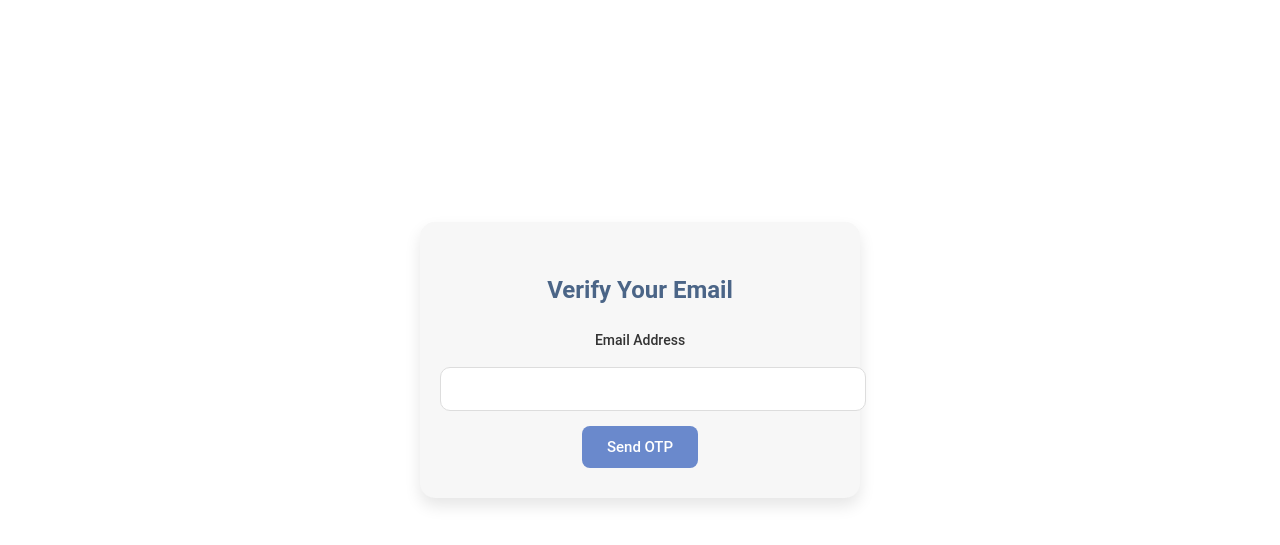
Repository: sarathraj2002/MockTest
Page: / (app in Frontend/)
An editor plug-in stored every save of this project. The page is shown before and after the next save, followed by the edit.
The browser window is 1280 px wide. The pictures show the whole page.
The project was rebuilt for these pictures with package versions that can differ from the ones it lists, and the page was loaded fresh each time. Also part of the build but not shown: Frontend/vite.config.js.

Above is the page before, as saved 2024-11-13 12:31:00.

### Frontend/index.html
<!doctype html>
<html lang="en">
  <head>
    <meta charset="UTF-8" />
    <link rel="icon" type="image/svg+xml" href="/vite.svg" />
    <meta name="viewport" content="width=device-width, initial-scale=1.0" />
    <title>MockTest</title>
  </head>
  <body>
    <div id="root"></div>
    <script type="module" src="/src/main.jsx"></script>
  </body>
</html>

### Frontend/src/App.jsx
import { useState } from 'react'
import './App.css'
import Otp from './components/Otp'

function App() {
  const [count, setCount] = useState(0)

  return (
    <>
      <Otp/>
    </>
  )
}

export default App

### Frontend/src/components/Otp.jsx
import React, { useState } from "react";
import axios from "axios";

const Otp = () => {
  const [step, setStep] = useState(1);
  const [email, setEmail] = useState("");
  const [otp, setOtp] = useState("");

  const handleEmailSubmit = async (e) => {
    e.preventDefault();
    try {
      const response = await axios.post("http://localhost:5000/api/send-otp", { email });
      if (response.status === 200) {
        alert("OTP sent to your email!");
        setStep(2);
      }
    } catch (error) {
      alert("Error sending OTP. Please try again.");
    }
  };

  const handleOtpSubmit = async (e) => {
    e.preventDefault();
    try {
      const response = await axios.post("http://localhost:5000/verify-otp", { email, otp });
      if (response.data.success) {
        alert("OTP verified! Redirecting to Welcome page...");
        setStep(3);
      } else {
        alert("Invalid OTP. Please try again.");
      }
    } catch (error) {
      alert("Error verifying OTP. Please try again.");
    }
  };

  return (
    <div
      style={{
        maxWidth: "400px",
        margin: "auto",
        padding: "30px 20px",
        textAlign: "center",
        fontFamily: "'Roboto', sans-serif",
        background: "#f7f7f7",
        borderRadius: "15px",
        boxShadow: "0 8px 16px rgba(0, 0, 0, 0.1)",
        color: "#333",
      }}
    >
      {step === 1 && (
        <form onSubmit={handleEmailSubmit}>
          <h2 style={{ marginBottom: "20px", color: "#4B6587" }}>Verify Your Email</h2>
          <label style={{ fontSize: "14px", fontWeight: "500" }}>Email Address</label>
          <input
            type="email"
            value={email}
            onChange={(e) => setEmail(e.target.value)}
            required
            style={{
              width: "100%",
              padding: "12px",
              margin: "15px 0",
              borderRadius: "10px",
              border: "1px solid #ddd",
              outline: "none",
              fontSize: "16px",
            }}
          />
          <button
            type="submit"
            style={{
              padding: "12px 25px",
              cursor: "pointer",
              backgroundColor: "#6a89cc",
              border: "none",
              borderRadius: "8px",
              color: "white",
              fontWeight: "500",
              fontSize: "15px",
              transition: "background 0.3s ease",
            }}
            onMouseOver={(e) => (e.target.style.backgroundColor = "#4a69bd")}
            onMouseOut={(e) => (e.target.style.backgroundColor = "#6a89cc")}
          >
            Send OTP
          </button>
        </form>
      )}

      {step === 2 && (
        <form onSubmit={handleOtpSubmit}>
          <h2 style={{ marginBottom: "20px", color: "#4B6587" }}>Enter OTP</h2>
          <label style={{ fontSize: "14px", fontWeight: "500" }}>OTP Code</label>
          <input
            type="text"
            value={otp}
            onChange={(e) => setOtp(e.target.value)}
            required
            style={{
              width: "100%",
              padding: "12px",
              margin: "15px 0",
              borderRadius: "10px",
              border: "1px solid #ddd",
              outline: "none",
              fontSize: "16px",
            }}
          />
          <button
            type="submit"
            style={{
              padding: "12px 25px",
              cursor: "pointer",
              backgroundColor: "#38ada9",
              border: "none",
              borderRadius: "8px",
              color: "white",
              fontWeight: "500",
              fontSize: "15px",
              transition: "background 0.3s ease",
            }}
            onMouseOver={(e) => (e.target.style.backgroundColor = "#079992")}
            onMouseOut={(e) => (e.target.style.backgroundColor = "#38ada9")}
          >
            Verify OTP
          </button>
        </form>
      )}

      {step === 3 && (
        <div>
          <h2 style={{ marginBottom: "10px", color: "#38ada9" }}>🎉 Welcome! 🎉</h2>
          <p style={{ fontSize: "16px", fontWeight: "500", color: "#4B6587" }}>
            You have successfully verified your email.
          </p>
          <p style={{ fontSize: "14px", color: "#7f8c8d" }}>
            Thank you for using our service!
          </p>
        </div>
      )}
    </div>
  );
};

export default Otp;

Loaded but not shown: Frontend/src/main.jsx (common file); Frontend/src/index.css (common file); Frontend/src/App.css (common file)

After the next save:
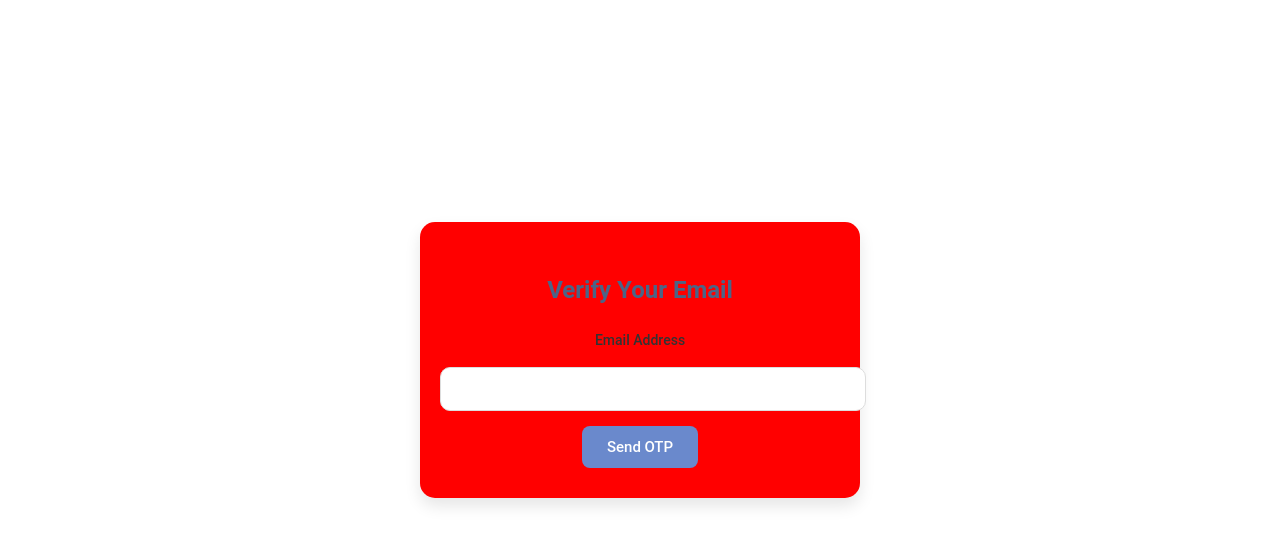
Saved 5 s later.
--- a/Frontend/src/components/Otp.jsx
+++ b/Frontend/src/components/Otp.jsx
@@ -42,7 +42,7 @@
         padding: "30px 20px",
         textAlign: "center",
         fontFamily: "'Roboto', sans-serif",
-        background: "#f7f7f7",
+        background: "red",
         borderRadius: "15px",
         boxShadow: "0 8px 16px rgba(0, 0, 0, 0.1)",
         color: "#333",

After the save that followed:
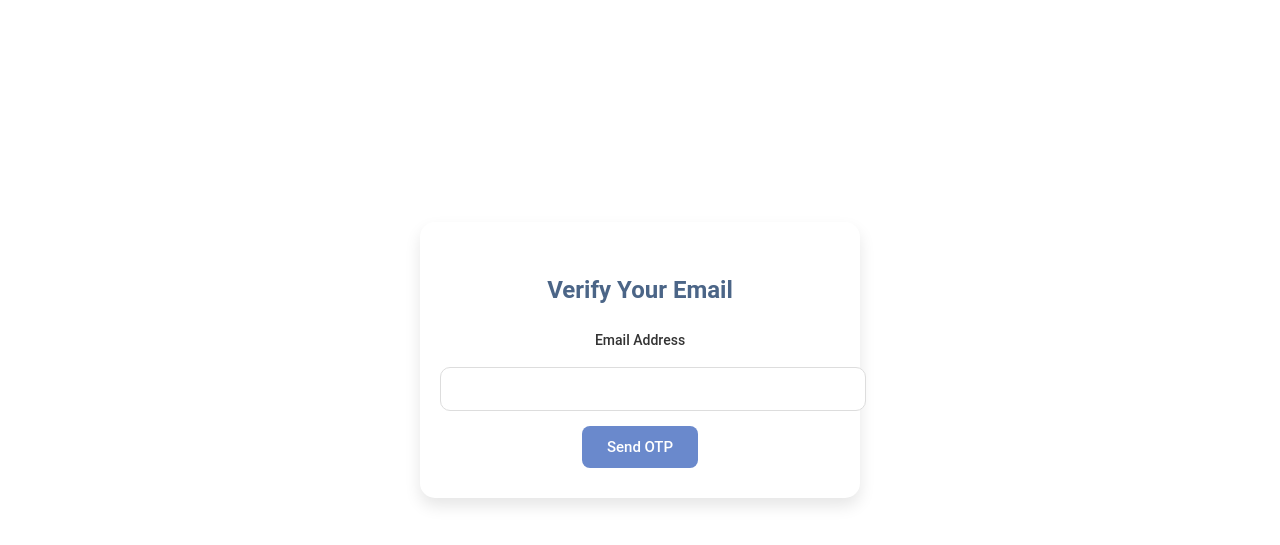
Saved 8 s later.
--- a/Frontend/src/components/Otp.jsx
+++ b/Frontend/src/components/Otp.jsx
@@ -42,7 +42,7 @@
         padding: "30px 20px",
         textAlign: "center",
         fontFamily: "'Roboto', sans-serif",
-        background: "red",
+        background: "",
         borderRadius: "15px",
         boxShadow: "0 8px 16px rgba(0, 0, 0, 0.1)",
         color: "#333",
